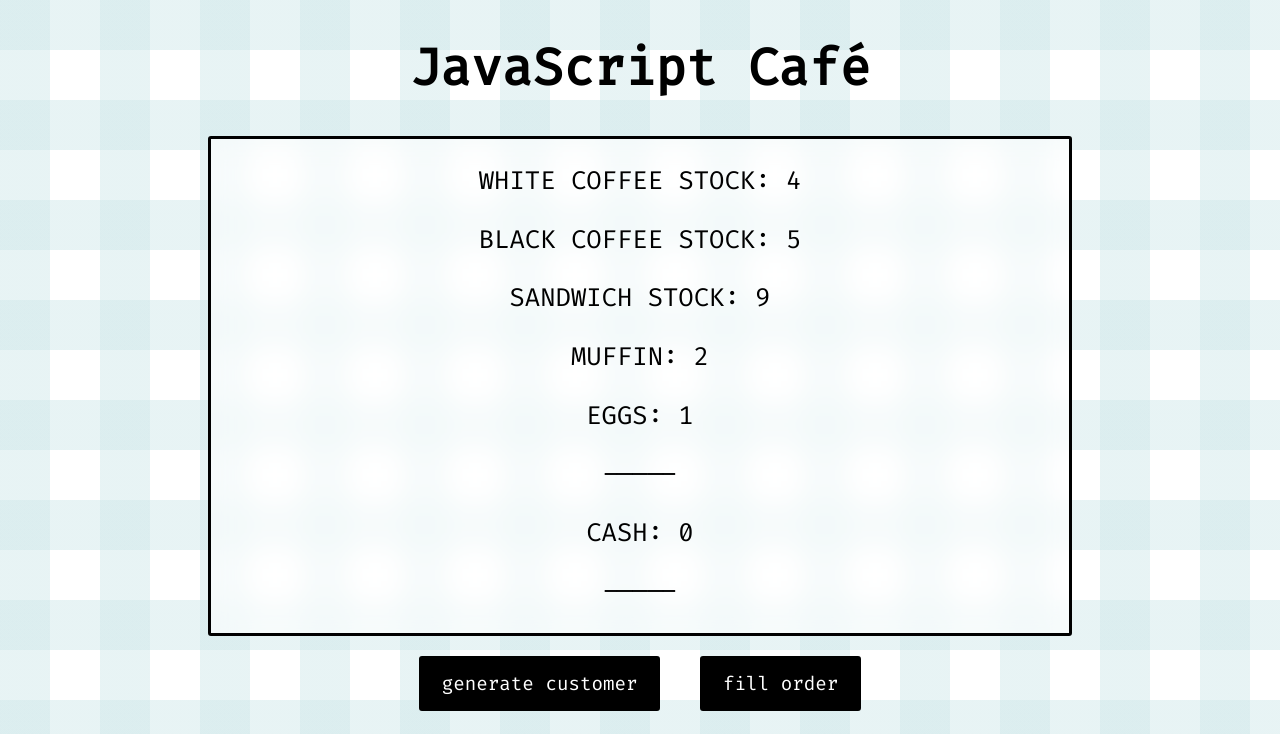
Repository: dev-academy-foundations-records/records-script
Page: Tiaanz/javascript-cafe/main/index.html
These files come from the project's save history. The page is drawn as it stood at one moment and after a run of saves; the edit follows.
The browser window is 1280 px wide. The pictures show the whole page.

Above is the page before, as saved 2023-01-24 14:32:05.

After the next 2 saves:
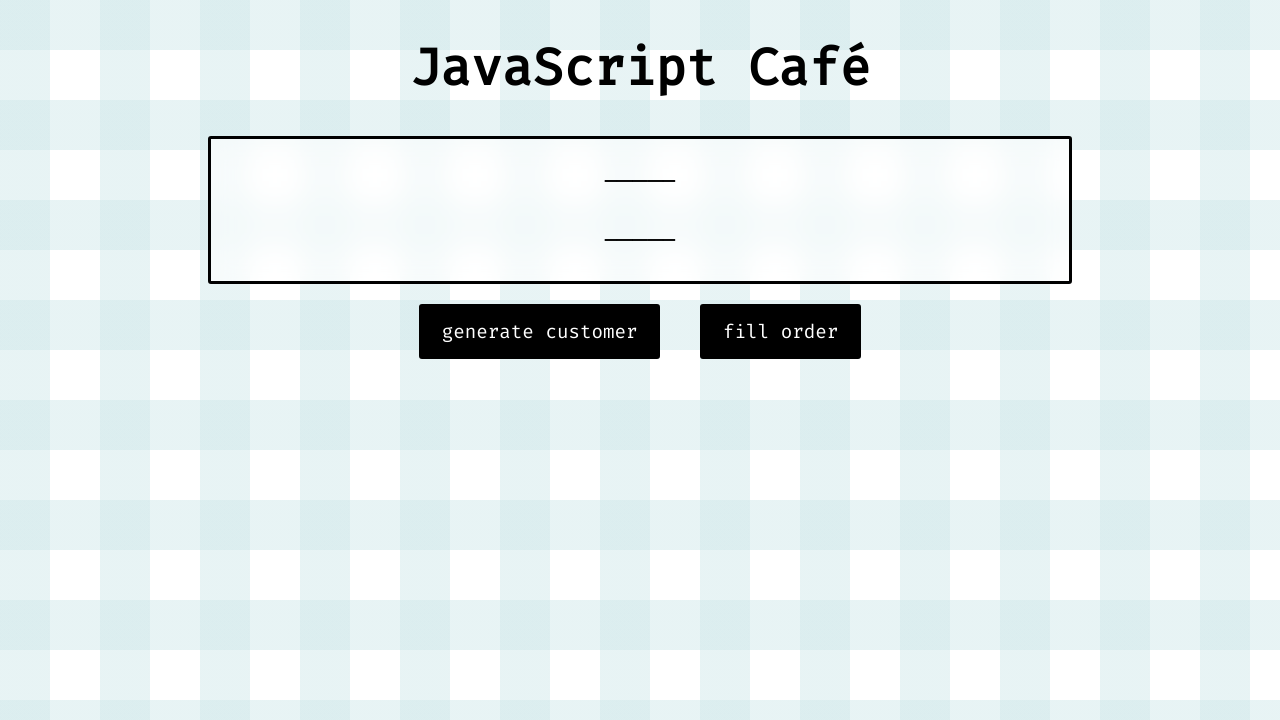
Console error: SyntaxError: Unexpected token ')'
The 2 saves are shown as one change because they came seconds apart.
The last was saved 96 s later.
--- a/Tiaanz/javascript-cafe/main/cafe.js
+++ b/Tiaanz/javascript-cafe/main/cafe.js
@@ -109,7 +109,10 @@
     let saleTotal = 0
     //loop through the customer order array
     for (let i = 0; i < customer.order.length;i++){
-         const productName=customer.order[i]
+        const productName = customer.order[i]
+        if () {
+
+        }
     }
     //If we have their product in stock, sell it to them and keep tracking of the sale
     //If we don't have it, alert "we are out of this product"

After the 3 saves that followed:
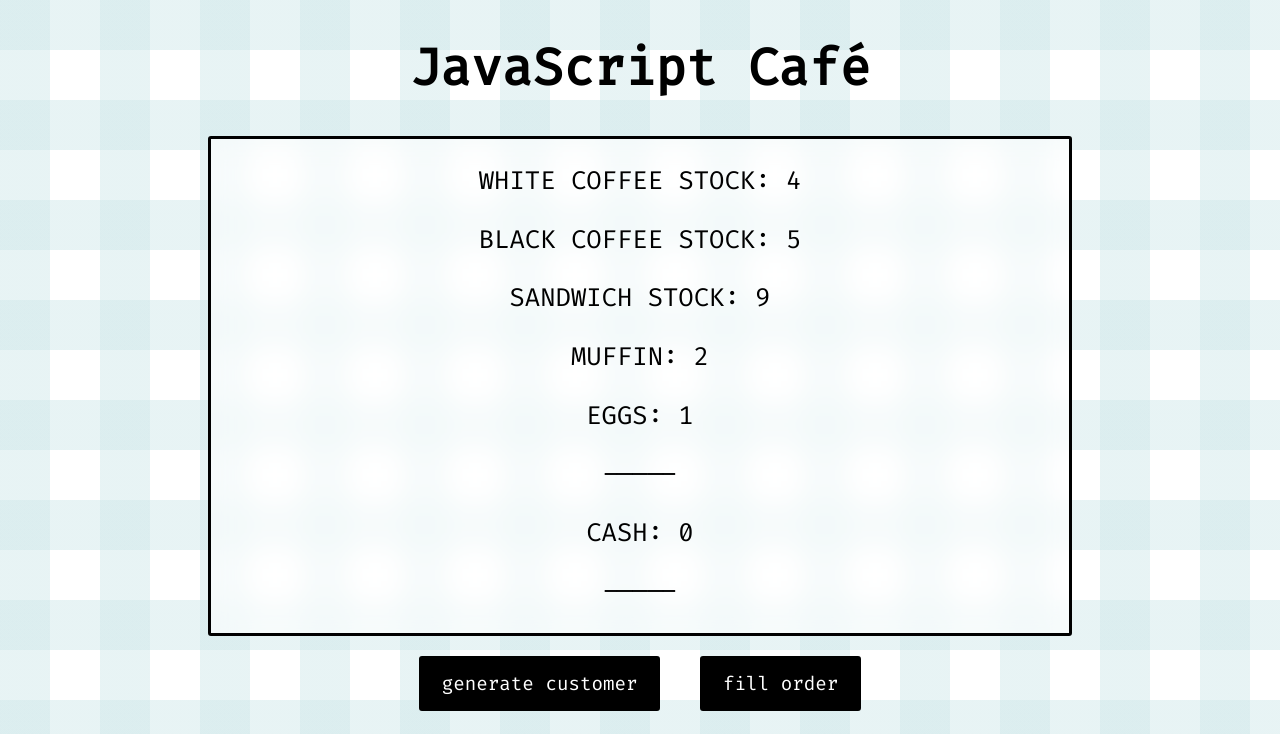
The error is gone.
The 3 saves are shown as one change because 1 left the picture as it was and some came seconds apart.
The last was saved 51 s later.
--- a/Tiaanz/javascript-cafe/main/cafe.js
+++ b/Tiaanz/javascript-cafe/main/cafe.js
@@ -110,7 +110,7 @@
     //loop through the customer order array
     for (let i = 0; i < customer.order.length;i++){
         const productName = customer.order[i]
-        if () {
+        if (products[productName]) {
 
         }
     }
